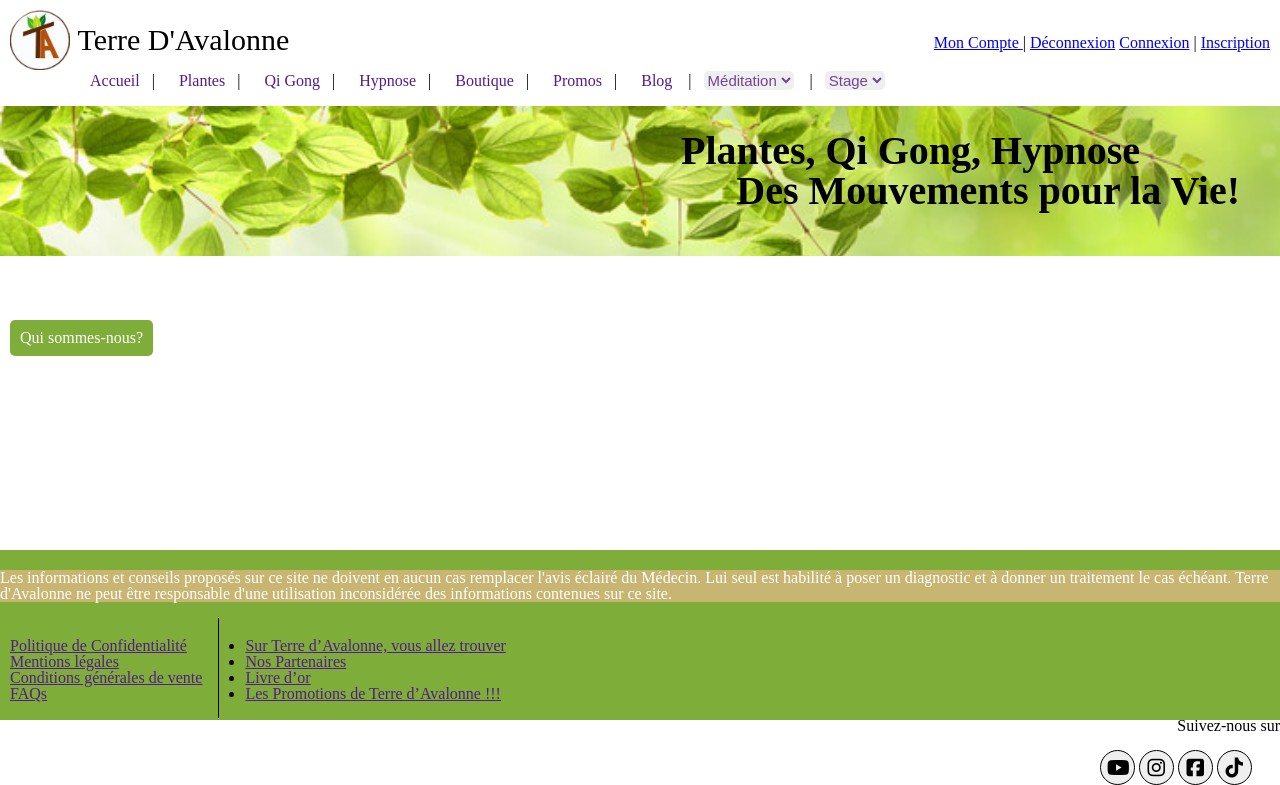
Repository: Michelhof1978/TerreDavalonne
Page: templates/base.html
These files come from the project's save history. The page is drawn as it stood at one moment and after the next save; the edit follows.
The browser window is 1280 px wide. The pictures show the whole page.
Some web fonts or font styles are not loaded; a fallback is used. Some web libraries are served in a nearby version.

Above is the page before, as saved 2022-05-04 16:06:21.

After the next save:
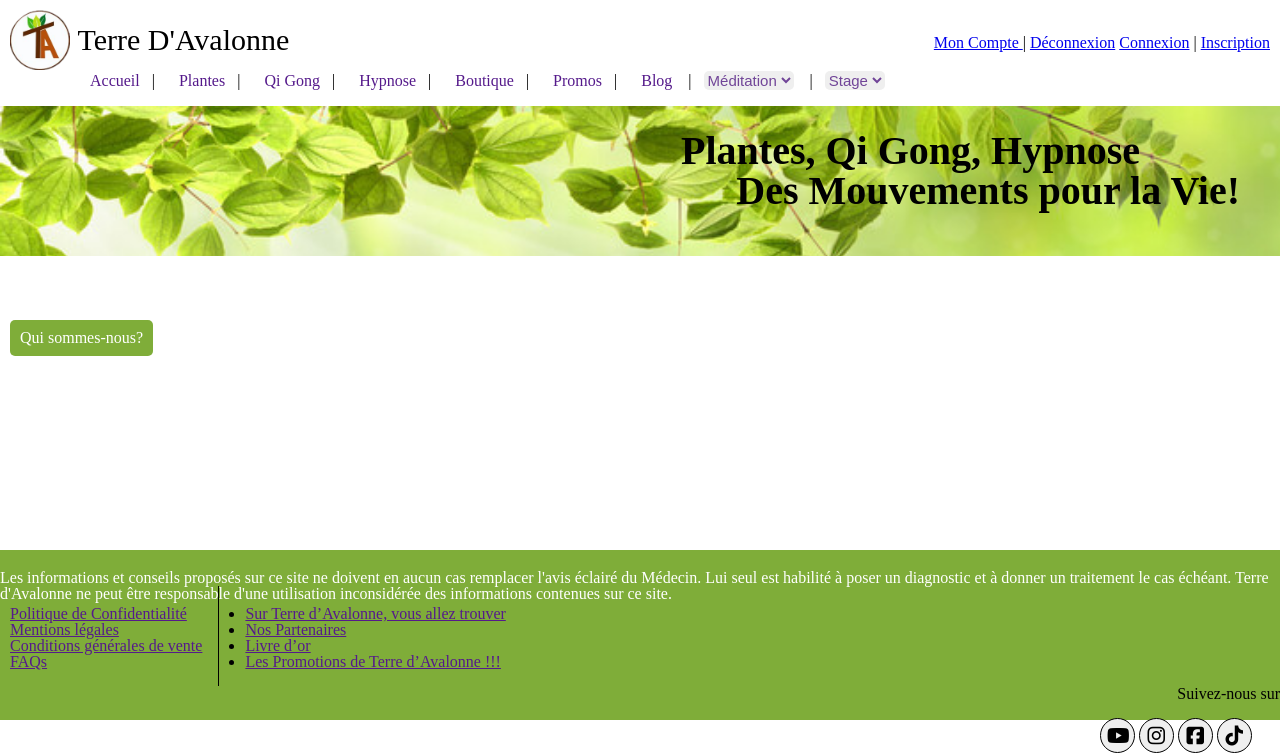
Saved 7 s later.
--- a/templates/base.html
+++ b/templates/base.html
@@ -278,7 +278,7 @@
   }
 
   .warning{
-    height: ;
+    height: 0em;
     background-color: #C8B572 ;
     color: white;
   }
